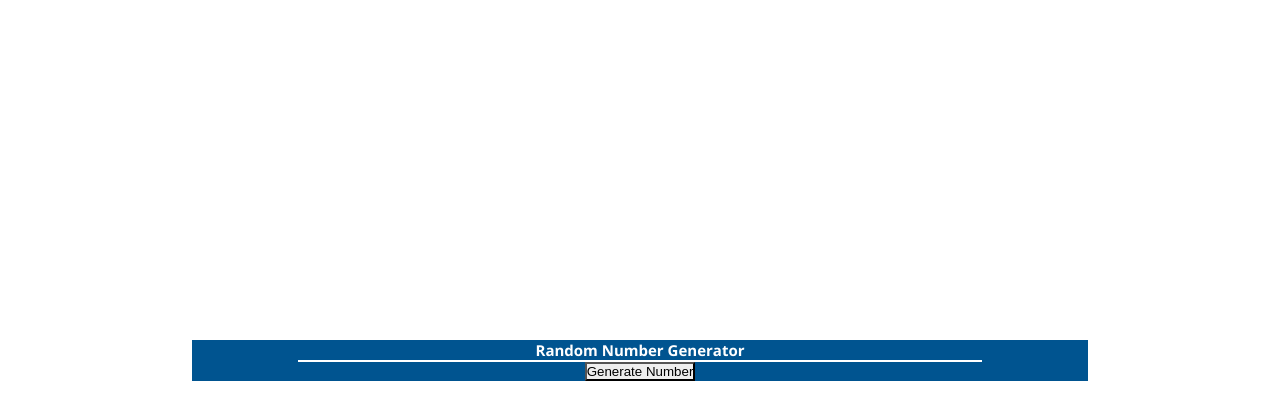
Repository: fakebrianho/100daysJS
Page: day002/index.html
An editor plug-in stored every save of this project. The page is shown before and after the next save, followed by the edit.
The browser window is 1280 px wide. The pictures show the whole page.
Some web libraries are served in a nearby version.

Above is the page before, as saved 2023-03-21 19:30:59.

After the next save:
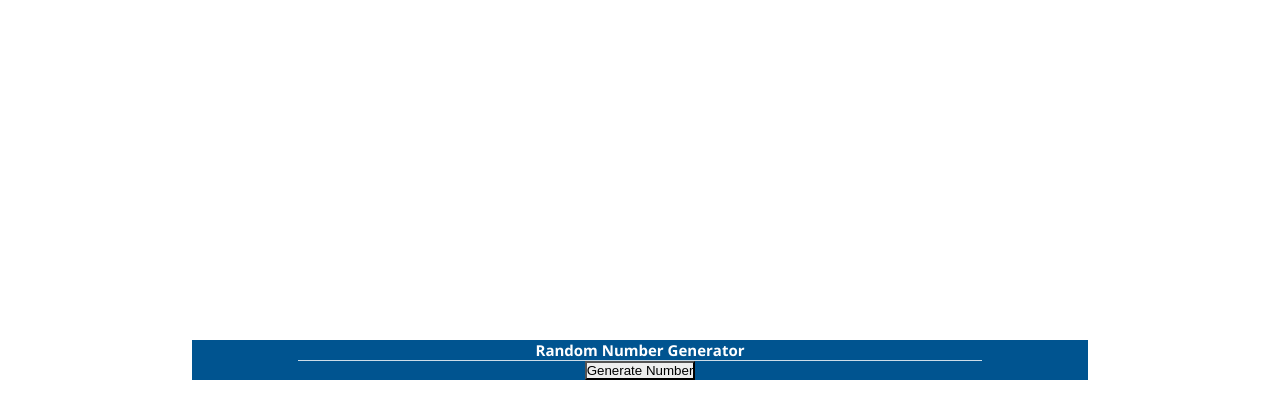
Saved 6 s later.
--- a/day002/styles.css
+++ b/day002/styles.css
@@ -63,5 +63,6 @@ main {
 .divider {
 	background-color: white;
 	width: 80%;
-	height: 2px;
+	opacity: 80%;
+	height: 1px;
 }
